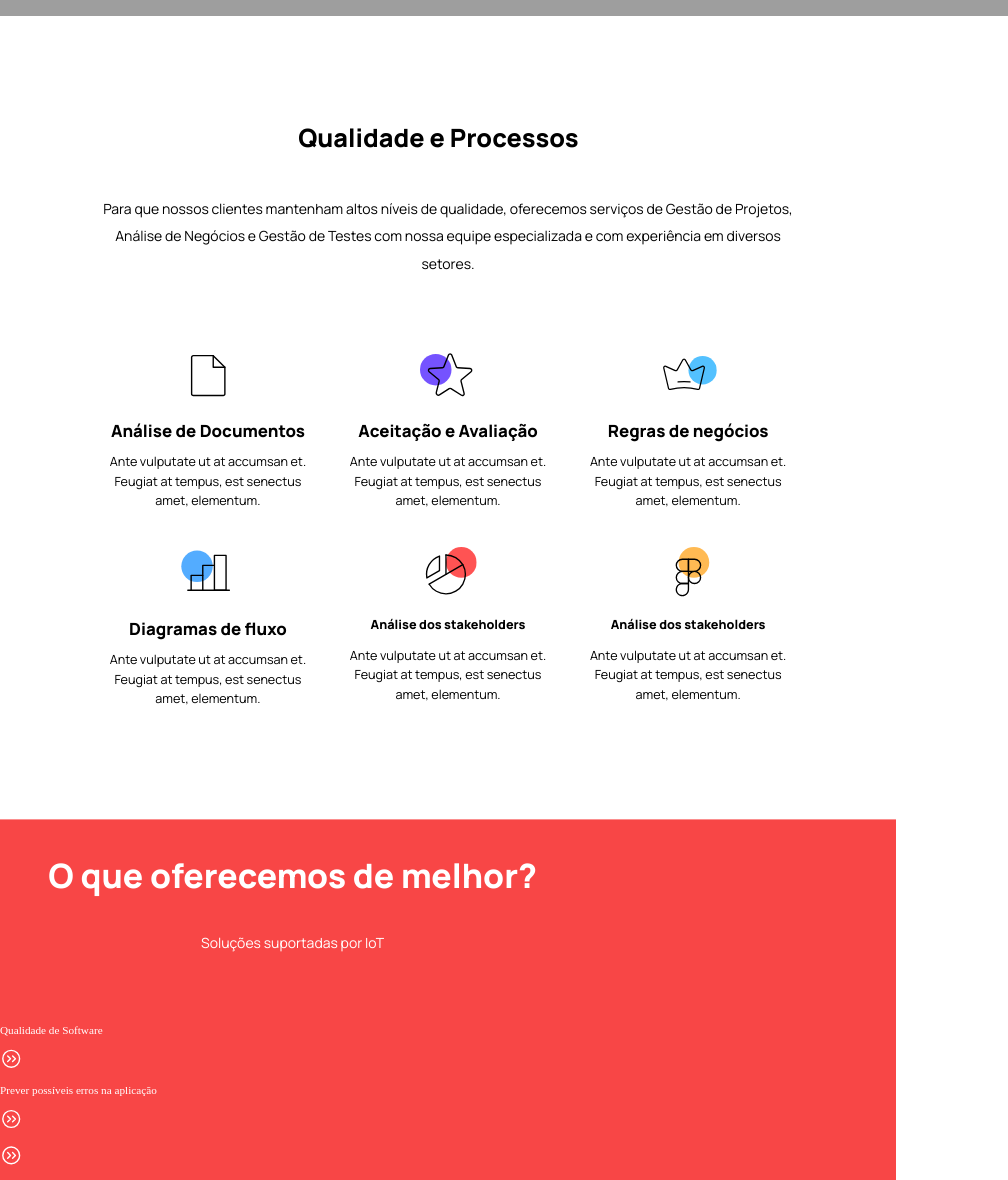
Repository: kleber-goncalves/Landing-Page-Gestao-de-projetos-dnc
Page: index.html
The author's editor kept a copy of each file at every save. The page is drawn from the files as they stood at one save, then again after a run of saves.
The browser window is 1280 px wide. The page is 1440 px wide, so the pictures cover 1440 px, including what lies to the right of the window. The pictures show the part of the page from y = 732 to 2452 px (the page is 2418 px tall before and 2452 px after), at 70% of full size.
Pictures or frames that could not be fetched are drawn as grey boxes.

Above is the page before, as saved 2025-01-05 01:44:07.

After the next 2 saves:
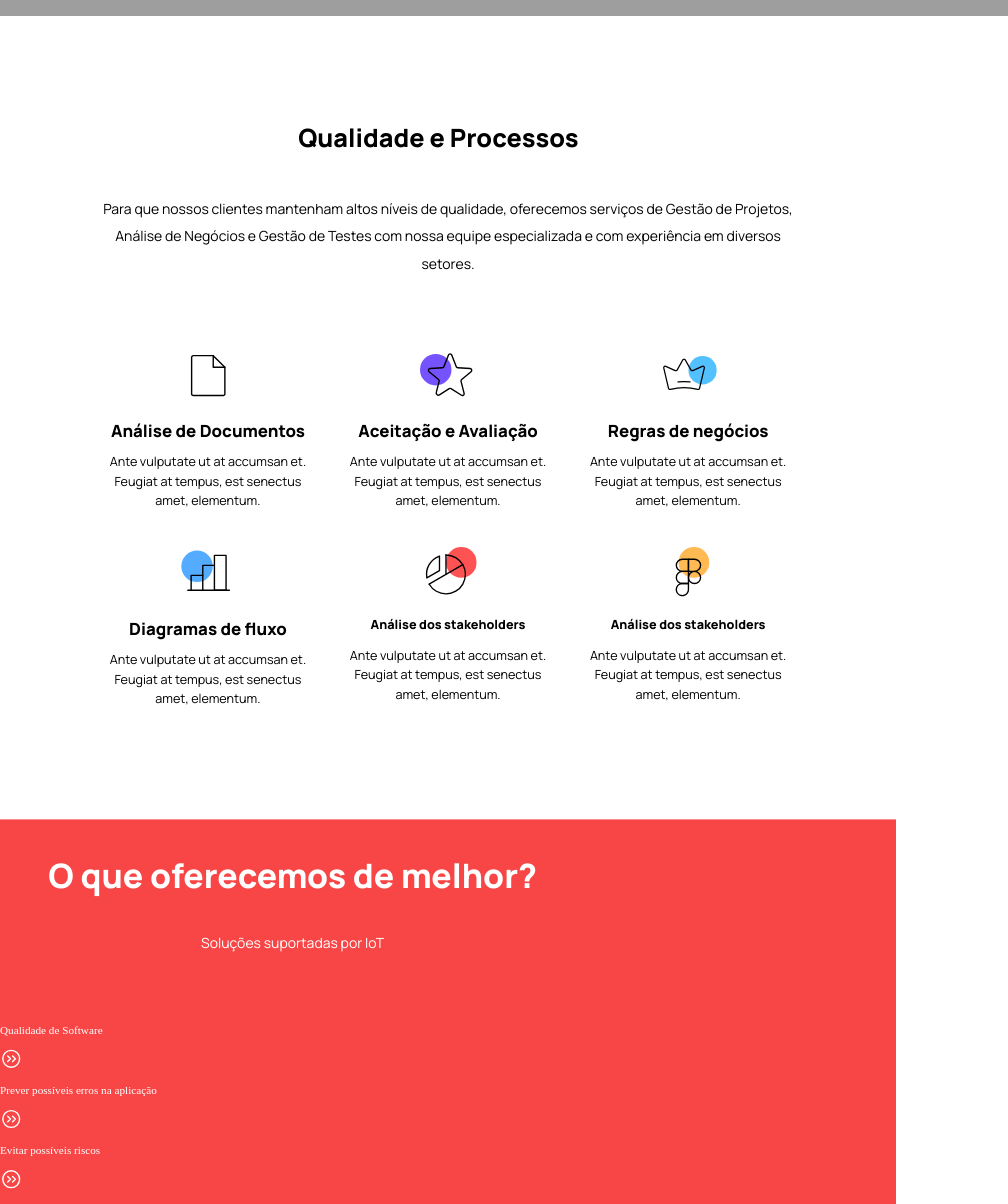
The 2 saves are shown as one change because they came seconds apart.
The last was saved 15 s later.
--- a/index.html
+++ b/index.html
@@ -95,7 +95,7 @@
                     <img src="/img/icons-meio.img/setas.svg" alt="setas">
                 </div>
                 <div class="subs-elemt2">
-                    <p></p>
+                    <p>Evitar  possíveis riscos</p>
                 </div>
 
                 <div class="icons-elemt2">
